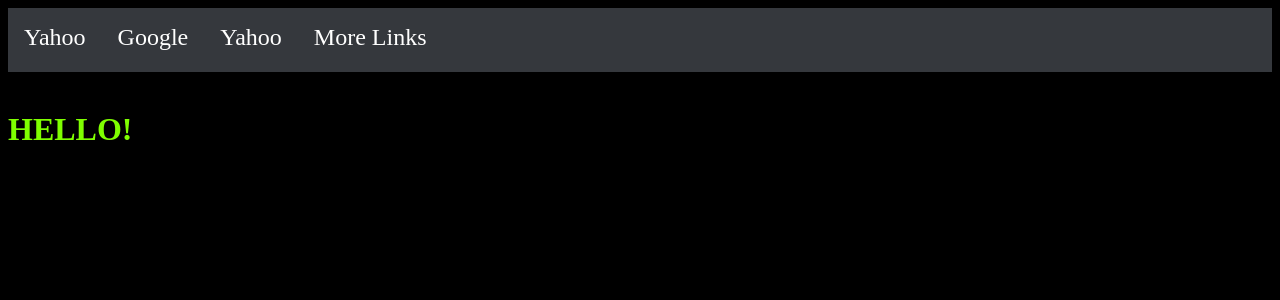
Repository: MasonSingleterry/MasonSingleterry.github.io
Page: index.html
The author's editor kept a record of every edit. The page is drawn from the files as they stood at one moment, then again after the next edit.
The browser window is 1280 px wide. The pictures show the whole page.

Above is the page before.

After the next edit:
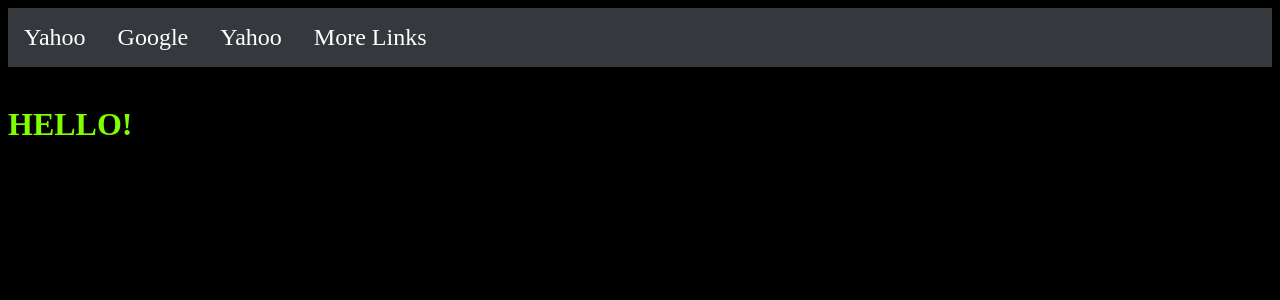
The edit:
--- a/index.html
+++ b/index.html
@@ -9,8 +9,7 @@
        }
         .navbar{
         background-color: #35383d;
-        width: 100%;
-        height: 64px;
+        overflow: hidden;
       }
 
       .navbar a {
